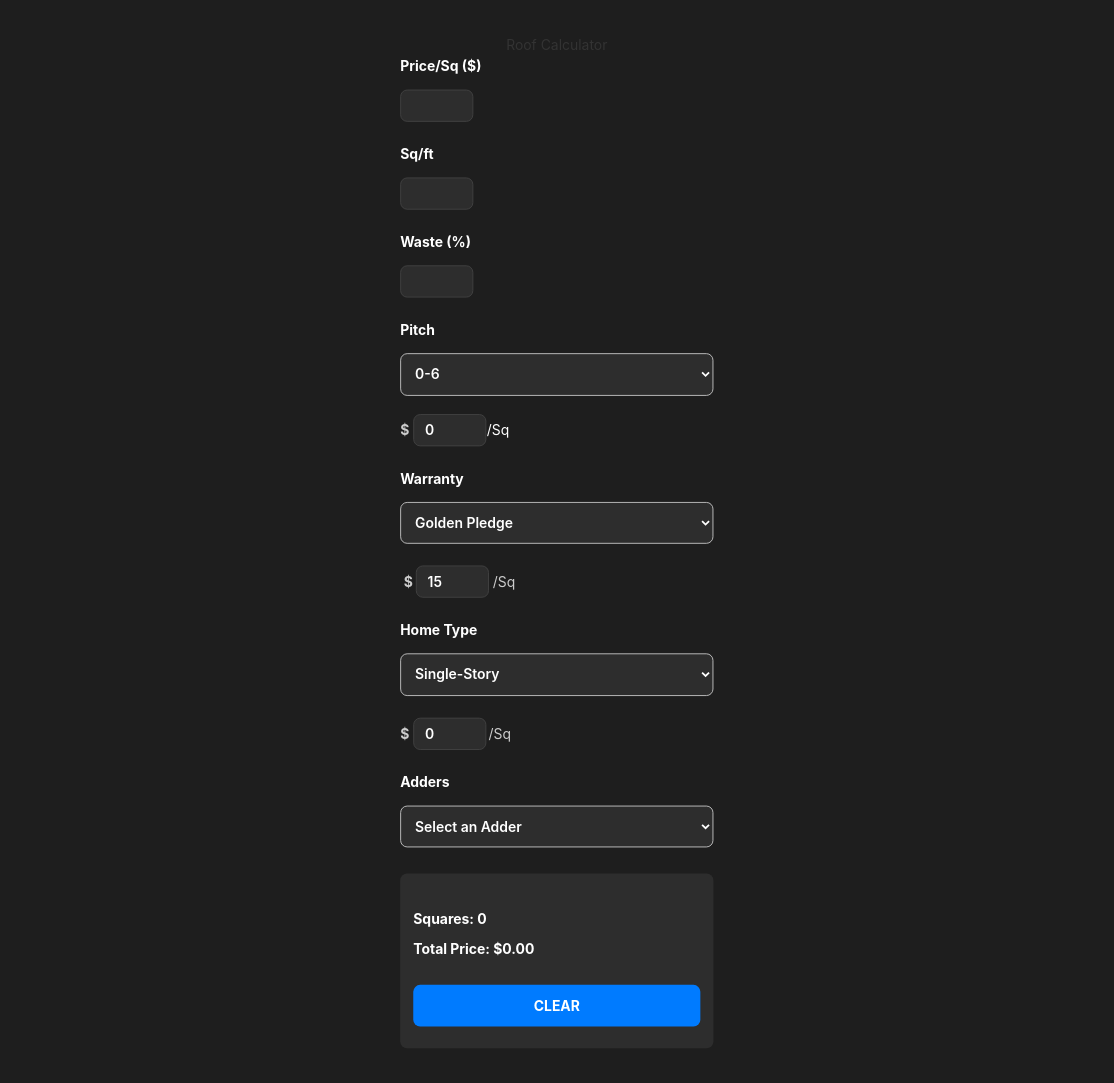
Repository: Tripp-L/roof-calc-app
Page: /
An editor plug-in stored every save of this project. The page is shown before and after the next save, followed by the edit.
The browser window is 1280 px wide. The pictures show the whole page, at 87% of full size.
The project was rebuilt for these pictures with package versions that can differ from the ones it lists, and the page was loaded fresh each time.

Above is the page before, as saved 2024-10-17 23:25:20.

### public/index.html
<!DOCTYPE html>
<html lang="en">
  <head>
    <meta charset="utf-8" />
    <meta name="viewport" content="width=device-width, initial-scale=1" />
    <title>Roof Calc App</title>
  </head>
  <body>
    <noscript>You need to enable JavaScript to run this app.</noscript>
    <div id="root"></div>
  </body>
</html>

### src/RoofCalculator.js
import React, { useState, useEffect, useCallback } from 'react';
import './RoofCalculator.css'; // Make sure to create this CSS file
import { debounce } from 'lodash'; // Make sure to install lodash

const RoofCalculator = () => {
  const [pricePerSq, setPricePerSq] = useState('');  // Initialize to empty string
  const [sqFt, setSqFt] = useState('');  // Keep this as empty string
  const [waste, setWaste] = useState('');  // Initialize to empty string
  const [pitch, setPitch] = useState('0-6');
  const [warranty, setWarranty] = useState('Golden Pledge');
  const [warrantyPrice, setWarrantyPrice] = useState('15');
  const [homeType, setHomeType] = useState('single');
  const [homeTypePrice, setHomeTypePrice] = useState('0');
  const [twoStoryPrice, setTwoStoryPrice] = useState('5');
  const [threeStoryPrice, setThreeStoryPrice] = useState('35');
  const [adder, setAdder] = useState('none');
  const [adderQuantity, setAdderQuantity] = useState('0');
  const [squares, setSquares] = useState(0);  // Initialize squares to 0
  const [totalPrice, setTotalPrice] = useState(0);
  const [pitchPrice, setPitchPrice] = useState('0');
  const [selectedAdders, setSelectedAdders] = useState({});

  // Define default values
  const defaultValues = {
    sqFt: '',
    waste: '10',
    pricePerSq: '',
    pitch: '0-6',
    pitchPrice: '0',
    homeType: 'single',
    homeTypePrice: '0',
    warranty: 'Golden Pledge',
    warrantyPrice: '15',
    adder: 'none',
    adderQuantity: '0'
  };

  // Function to reset all fields to default values
  // const handleClear = () => { ... };

  const pitchOptions = {
    '0-6': '0',
    '7-9': '35',
    '10-12': '55',
    '13+': '90'
  };

  const homeTypePrices = {
    'Single-Story Home': 0,
    '2-Story Home (+$/sq)': 5,
    '3-Story Home (+$/sq)': 35
  };

  const warrantyOptions = {
    'Golden Pledge': '15',
    'Silver Pledge': '11',
    'Systems': '8'
  };

  const homeTypeOptions = {
    'single': { label: 'Single-Story', price: '0' },
    'two-story': { label: '2-Story', price: '10' },
    'three-story': { label: '3-Story', price: '35' }
  };

  const adderOptions = {
    'none': { label: 'Select an Adder', price: '0' },
    'ultimate_pipe_boot': { label: 'Ultimate Pipe Boot (Neoprene)', price: '100', unit: 'Boot' },
    'soffit': { label: 'Soffit (under 12")', price: '18', unit: 'Ft' },
    'gutters_1story': { label: 'Gutters (5"-6" 1-Story)', price: '12', unit: 'Ft' },
    'gutters_2story': { label: 'Gutters (5"-6" 2-story)', price: '15', unit: 'Ft' },
    'osb': { label: 'OSB (Plywood Layer)', price: '100', unit: 'Sheet' }
  };

  const calculateTotal = () => {
    let total = 0;

    // Base calculation
    const baseSquares = Math.round(parseFloat(sqFt) / 100) || 0;
    const adjustedSquares = Math.round(baseSquares * (1 + (parseFloat(waste) || 0) / 100));
    total += adjustedSquares * (parseFloat(pricePerSq) || 0);

    // Add pitch price
    total += adjustedSquares * (parseFloat(pitchPrice) || 0);

    // Add home type price
    total += adjustedSquares * (parseFloat(homeTypePrice) || 0);

    // Add warranty price
    total += adjustedSquares * (parseFloat(warrantyPrice) || 0);

    // Add adder prices
    Object.entries(selectedAdders).forEach(([adderKey, quantity]) => {
      const adderPrice = parseFloat(adderOptions[adderKey].price);
      total += adderPrice * quantity;
    });

    setTotalPrice(Math.round(total * 100) / 100); // Round to 2 decimal places
    setSquares(adjustedSquares);
  };

  // Call calculateTotal whenever any input changes
  useEffect(() => {
    calculateTotal();
  }, [sqFt, waste, pricePerSq, pitchPrice, homeTypePrice, warrantyPrice, selectedAdders]);

  // Debounced calculation function
  const debouncedCalculate = debounce(calculateTotal, 300);

  // Input validation example
  const handleNumericInput = (e, setter, min = 0, max = Infinity) => {
    const value = e.target.value;
    if (value === '' || (parseFloat(value) >= min && parseFloat(value) <= max)) {
      setter(value);
      debouncedCalculate();
    }
  };

  useEffect(() => {
    calculateTotal();
  }, [sqFt, waste, pricePerSq]);

  const handlePricePerSqChange = (e) => {
    const value = e.target.value;
    if (value === '' || !isNaN(value)) {
      setPricePerSq(value);
      calculateTotal();
    }
  };

  const handlePricePerSqBlur = () => {
    if (pricePerSq === '') return;
    let value = parseInt(pricePerSq);
    if (isNaN(value) || value < 50) {
      setPricePerSq('50');
    } else if (value > 1000) {
      setPricePerSq('1000');
    } else {
      setPricePerSq(value.toString());
    }
    calculateTotal();
  };

  const handleSqFtChange = useCallback((e) => {
    handleNumericInput(e, setSqFt, 100, 100000);
  }, []);

  const handleSqFtBlur = () => {
    if (sqFt === '') return;
    let value = parseInt(sqFt);
    if (isNaN(value) || value < 100) {
      setSqFt('100');
    } else if (value > 100000) {
      setSqFt('100000');
    } else {
      setSqFt(value.toString());
    }
    calculateTotal();
  };

  const handleWasteChange = (e) => {
    const value = e.target.value;
    if (value === '' || !isNaN(value)) {
      setWaste(value);
      calculateTotal();
    }
  };

  const handleWasteBlur = () => {
    if (waste === '') return;
    let value = parseInt(waste);
    if (isNaN(value) || value < 0) {
      setWaste('0');
    } else if (value > 50) {
      setWaste('50');
    } else {
      value = Math.round(value / 5) * 5;
      setWaste(value.toString());
    }
    calculateTotal();
  };

  const handlePitchChange = (e) => {
    const selectedPitch = e.target.value;
    setPitch(selectedPitch);
    setPitchPrice(pitchOptions[selectedPitch]);
    calculateTotal();
  };

  const handlePitchPriceChange = (e) => {
    const value = e.target.value;
    if (value === '' || !isNaN(value)) {
      setPitchPrice(value);
      calculateTotal();
    }
  };

  const handlePitchPriceBlur = () => {
    let value = parseInt(pitchPrice);
    if (isNaN(value) || value < 0) {
      setPitchPrice('0');
    } else if (value > 1000) {
      setPitchPrice('1000');
    } else {
      setPitchPrice(value.toString());
    }
    calculateTotal();
  };

  const handleWarrantyChange = (e) => {
    const selectedWarranty = e.target.value;
    setWarranty(selectedWarranty);
    setWarrantyPrice(warrantyOptions[selectedWarranty]);
    calculateTotal();
  };

  const handleWarrantyPriceChange = (e) => {
    const value = e.target.value;
    if (value === '' || !isNaN(value)) {
      setWarrantyPrice(value);
      calculateTotal();
    }
  };

  const handleWarrantyPriceBlur = () => {
    let value = parseInt(warrantyPrice);
    if (isNaN(value) || value < 0) {
      setWarrantyPrice('0');
    } else if (value > 1000) {
      setWarrantyPrice('1000');
    } else {
      setWarrantyPrice(value.toString());
    }
    calculateTotal();
  };

  const handleHomeTypeChange = (e) => {
    const selectedType = e.target.value;
    setHomeType(selectedType);
    setHomeTypePrice(homeTypeOptions[selectedType].price);
    calculateTotal();
  };

  const handleHomeTypePriceChange = (e) => {
    const value = e.target.value;
    if (value === '' || !isNaN(value)) {
      setHomeTypePrice(value);
      calculateTotal();
    }
  };

  const handleHomeTypePriceBlur = () => {
    let value = parseInt(homeTypePrice);
    if (isNaN(value) || value < 0) {
      setHomeTypePrice('0');
    } else if (value > 1000) {
      setHomeTypePrice('1000');
    } else {
      setHomeTypePrice(value.toString());
    }
    calculateTotal();
  };

  const handleAdderChange = (e) => {
    const selectedAdder = e.target.value;
    if (selectedAdder !== 'none') {
      setSelectedAdders(prev => ({
        ...prev,
        [selectedAdder]: 1
      }));
    }
    calculateTotal();
  };

  const handleAdderQuantityChange = (adderKey, value) => {
    if (value === '' || (!isNaN(value) && parseInt(value) >= 0)) {
      setSelectedAdders(prev => ({
        ...prev,
        [adderKey]: value
      }));
      calculateTotal();
    }
  };

  const handleAdderQuantityBlur = (adderKey) => {
    let value = parseInt(selectedAdders[adderKey]);
    if (isNaN(value) || value < 0) {
      value = 0;
    } else if (value > 1000) {
      value = 1000;
    }
    setSelectedAdders(prev => ({
      ...prev,
      [adderKey]: value.toString()
    }));
    calculateTotal();
  };

  const removeAdder = (adderKey) => {
    setSelectedAdders(prev => {
      const newAdders = { ...prev };
      delete newAdders[adderKey];
      return newAdders;
    });
    calculateTotal();
  };

  const MemoizedInputGroup = React.memo(({ label, value, onChange, ...props }) => (
    <div className="input-group">
      <label>{label}</label>
      <input value={value} onChange={onChange} {...props} />
    </div>
  ));

  const clearCalculator = () => {
    setSqFt('');
    setWaste('10');
    setPricePerSq('');
    setPitch('0-6');
    setPitchPrice('0');
    setHomeType('single');
    setHomeTypePrice('0');
    setWarranty('Golden Pledge');
    setWarrantyPrice('15');
    setAdder('none');
    setAdderQuantity('0');
    setSquares(0);
    setTotalPrice(0);
  };

  return (
    <div className="calculator">
      <h1>Roof Calculator</h1>

      <div className="input-group">
        <label>Price/Sq ($)</label>
        <input
          type="number"
          value={pricePerSq}
          onChange={handlePricePerSqChange}
          onBlur={handlePricePerSqBlur}
          min="50"
          max="1000"
          step="1"
        />
      </div>

      <MemoizedInputGroup
        label="Sq/ft"
        value={sqFt}
        onChange={handleSqFtChange}
        type="number"
        min="100"
        max="100000"
        step="1"
      />

      <div className="input-group">
        <label>Waste (%)</label>
        <input
          type="number"
          value={waste}
          onChange={handleWasteChange}
          onBlur={handleWasteBlur}
          min="0"
          max="50"
          step="5"
        />
      </div>

      <div className="input-group">
        <label>Pitch</label>
        <select value={pitch} onChange={handlePitchChange}>
          {Object.keys(pitchOptions).map(key => (
            <option key={key} value={key}>{key}</option>
          ))}
        </select>
        <div className="pitch-price-input">
          <span className="dollar-sign">$</span>
          <input
            type="number"
            value={pitchPrice}
            onChange={handlePitchPriceChange}
            onBlur={handlePitchPriceBlur}
            min="0"
            max="1000"
            step="1"
          />
          <span>/Sq</span>
        </div>
      </div>

      <div className="input-group">
        <label>Warranty</label>
        <select value={warranty} onChange={handleWarrantyChange}>
          {Object.keys(warrantyOptions).map(key => (
            <option key={key} value={key}>{key}</option>
          ))}
        </select>
        <div className="warranty-price-input">
          <span className="dollar-sign">$</span>
          <input
            type="number"
            value={warrantyPrice}
            onChange={handleWarrantyPriceChange}
            onBlur={handleWarrantyPriceBlur}
            min="0"
            max="1000"
            step="1"
          />
          <span>/Sq</span>
        </div>
      </div>

      <div className="input-group">
        <label>Home Type</label>
        <select value={homeType} onChange={handleHomeTypeChange}>
          {Object.entries(homeTypeOptions).map(([key, { label, price }]) => (
            <option key={key} value={key}>
              {key === 'single'
                ? label
                : `${label} +($${price})`}
            </option>
          ))}
        </select>
        <div className="price-input-wrapper">
          <span className="dollar-sign">$</span>
          <input
            type="number"
            value={homeTypePrice}
            onChange={handleHomeTypePriceChange}
            onBlur={handleHomeTypePriceBlur}
            min="0"
            max="1000"
            step="1"
          />
          <span>/Sq</span>
        </div>
      </div>

      <div className="input-group">
        <label>Adders</label>
        <select value="none" onChange={handleAdderChange}>
          <option value="none">Select an Adder</option>
          {Object.entries(adderOptions).map(([key, { label, price, unit }]) => (
            key !== 'none' && (
              <option key={key} value={key}>
                {`${label} ($${price}/${unit})`}
              </option>
            )
          ))}
        </select>
      </div>

      {Object.entries(selectedAdders).map(([adderKey, quantity]) => (
        <div key={adderKey} className="input-group selected-adder">
          <label>{adderOptions[adderKey].label}</label>
          <div className="adder-input-wrapper">
            <input
              type="number"
              value={quantity}
              onChange={(e) => handleAdderQuantityChange(adderKey, e.target.value)}
              onBlur={() => handleAdderQuantityBlur(adderKey)}
              min="0"
              max="1000"
              step="1"
            />
            <span>{adderOptions[adderKey].unit}(s)</span>
            <button className="remove-adder" onClick={() => removeAdder(adderKey)}>×</button>
          </div>
        </div>
      ))}

      <div className="results-container">
        <div className="results">
          <p>Squares: {squares}</p>
          <p>Total Price: ${totalPrice.toFixed(2)}</p>
        </div>
        <button className="clear-button clear-button-red" onClick={clearCalculator}>
          CLEAR
        </button>
      </div>
    </div>
  );
};

export default RoofCalculator;

### src/App.css
@import 'tailwindcss/base';
@import 'tailwindcss/components';
@import 'tailwindcss/utilities';

body {
  font-family: -apple-system, BlinkMacSystemFont, "Segoe UI", Roboto, Helvetica, Arial, sans-serif, "Apple Color Emoji", "Segoe UI Emoji", "Segoe UI Symbol";
}

input:focus, select:focus {
  outline: none;
}

.price-input-container {
  display: inline-flex;
  align-items: center;
  border: 1px solid #ccc;
  border-radius: 4px;
  overflow: hidden;
}

.price-symbol {
  padding-left: 8px;
  color: #666;
}

.price-input {
  border: none;
  outline: none;
  padding: 8px;
  width: 60px;
  font-size: 16px;
}

.price-input::-webkit-inner-spin-button,
.price-input::-webkit-outer-spin-button {
  opacity: 1;
}

.App {
  display: flex;
  flex-direction: column;
  min-height: 100vh;
  max-width: 100%;
  padding: 20px;
  font-size: 16px;
  line-height: 1.5;
  touch-action: manipulation;
}

@media (min-width: 768px) {
  .App {
    max-width: 90%;
    margin: 0 auto;
  }
}

@media (min-width: 1024px) {
  .App {
    max-width: 1200px;
  }
}

.App input,
.App select,
.App button {
  font-size: 16px;
  padding: 12px;
  margin: 10px 0;
  border-radius: 8px;
  border: 1px solid #ccc;
  width: 100%;
  box-sizing: border-box;
}

.App button {
  background-color: #007bff;
  color: white;
  border: none;
  cursor: pointer;
  transition: background-color 0.3s ease;
}

.App button:hover,
.App button:focus {
  background-color: #0056b3;
}

.App label {
  display: block;
  margin-bottom: 5px;
  font-weight: bold;
}

.sqft-input {
  width: 10%;
  padding: 8px;
  margin-top: 5px;
  border: 1px solid #ccc;
  border-radius: 4px;
  box-sizing: border-box;
}

.waste-select {
  width: 10%;
  padding: 8px;
  margin-top: 5px;
  border: 1px solid #ccc;
  border-radius: 4px;
  box-sizing: border-box;
}

.warranty-container {
  display: flex;
  align-items: center;
  margin-bottom: 10px;
}

.warranty-price-container {
  display: flex;
  align-items: center;
  margin-left: 10px;
}

.dollar-sign {
  margin-right: 5px;
  font-weight: bold;
}

.warranty-price-adjust {
  padding: 5px;
}

.warranty-price-adjust::before {
  content: "+";
  margin-right: 5px;
}

.warranty-adjust {
  margin-left: 10px;
}

.warranty-adjust select {
  margin-left: 5px;
}

.keypad button:last-child {
  grid-column: span 4;
  background-color: #f0f0f0;
  color: #333;
}

.digits button:last-child {
  background-color: #f0f0f0;
  color: #333;
  grid-column: span 2;
}

.home-type-section {
  margin-bottom: 20px;
}

.home-type-options {
  display: flex;
  justify-content: space-between;
  align-items: center;
  margin-bottom: 10px;
}

.home-type-options label {
  display: flex;
  align-items: center;
}

.price-input {
  display: flex;
  align-items: center;
  border: 1px solid #ccc;
  border-radius: 4px;
  padding: 5px;
}

.price-input span {
  margin-right: 5px;
}

.price-input input {
  border: none;
  outline: none;
  width: 60px;
}

Loaded but not shown: src/index.js (common file); tailwind.config.js (common file); src/App.js (13 lines, source omitted); src/RoofCalculator.css (344 lines, source omitted)

After the next save:
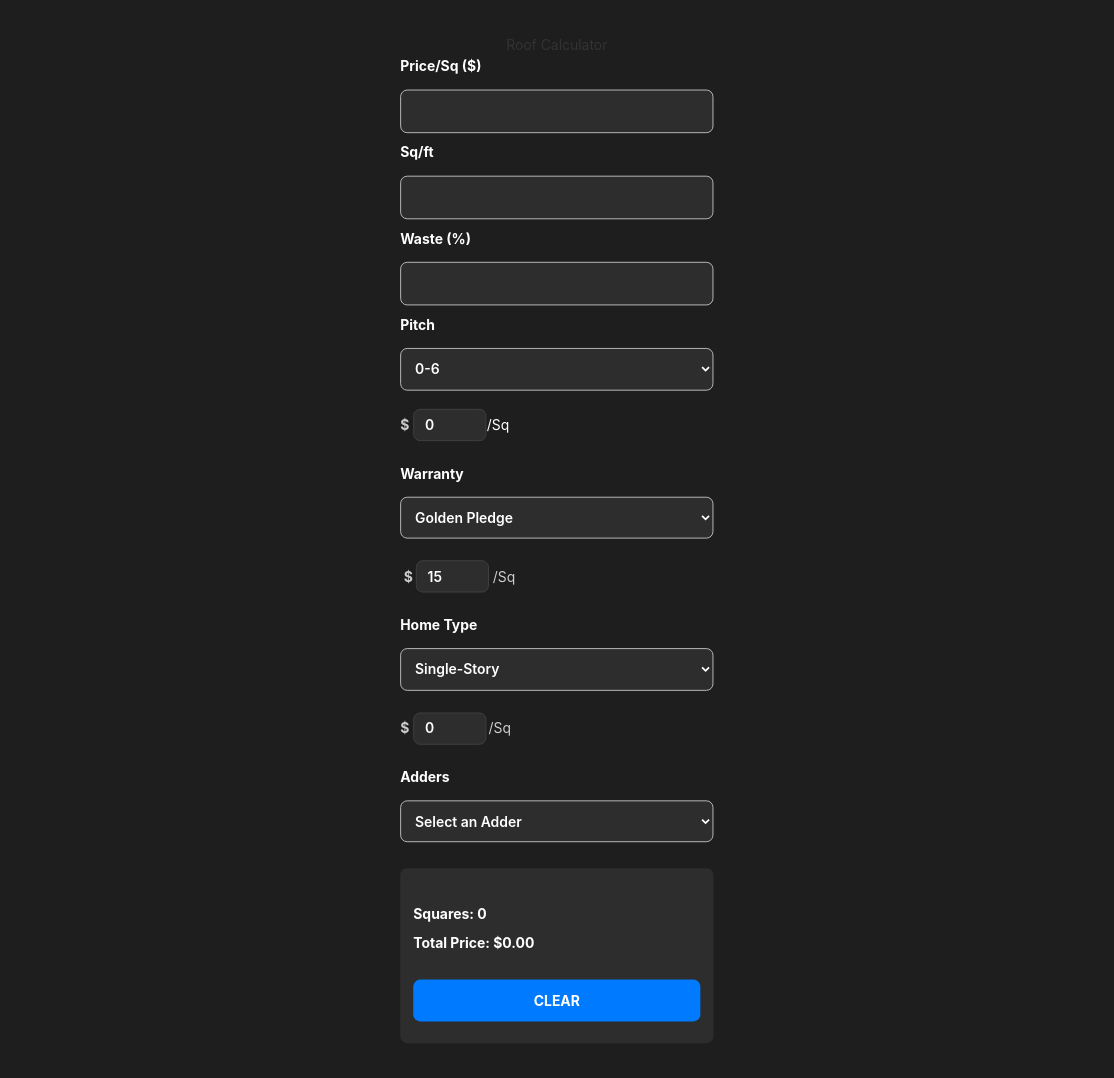
Saved 2 min 34 s later.
--- a/src/RoofCalculator.js
+++ b/src/RoofCalculator.js
@@ -332,40 +332,45 @@ const RoofCalculator = () => {
     <div className="calculator">
       <h1>Roof Calculator</h1>
 
-      <div className="input-group">
-        <label>Price/Sq ($)</label>
-        <input
-          type="number"
-          value={pricePerSq}
-          onChange={handlePricePerSqChange}
-          onBlur={handlePricePerSqBlur}
-          min="50"
-          max="1000"
-          step="1"
-        />
-      </div>
-
-      <MemoizedInputGroup
-        label="Sq/ft"
-        value={sqFt}
-        onChange={handleSqFtChange}
-        type="number"
-        min="100"
-        max="100000"
-        step="1"
-      />
-
-      <div className="input-group">
-        <label>Waste (%)</label>
-        <input
-          type="number"
-          value={waste}
-          onChange={handleWasteChange}
-          onBlur={handleWasteBlur}
-          min="0"
-          max="50"
-          step="5"
-        />
+      <div className="horizontal-inputs">
+        <div className="horizontal-input-group">
+          <label>Price/Sq ($)</label>
+          <input
+            type="number"
+            value={pricePerSq}
+            onChange={handlePricePerSqChange}
+            onBlur={handlePricePerSqBlur}
+            min="50"
+            max="1000"
+            step="1"
+          />
+        </div>
+
+        <div className="horizontal-input-group">
+          <label>Sq/ft</label>
+          <input
+            type="number"
+            value={sqFt}
+            onChange={handleSqFtChange}
+            onBlur={handleSqFtBlur}
+            min="100"
+            max="100000"
+            step="1"
+          />
+        </div>
+
+        <div className="horizontal-input-group">
+          <label>Waste (%)</label>
+          <input
+            type="number"
+            value={waste}
+            onChange={handleWasteChange}
+            onBlur={handleWasteBlur}
+            min="0"
+            max="50"
+            step="5"
+          />
+        </div>
       </div>
 
       <div className="input-group">
